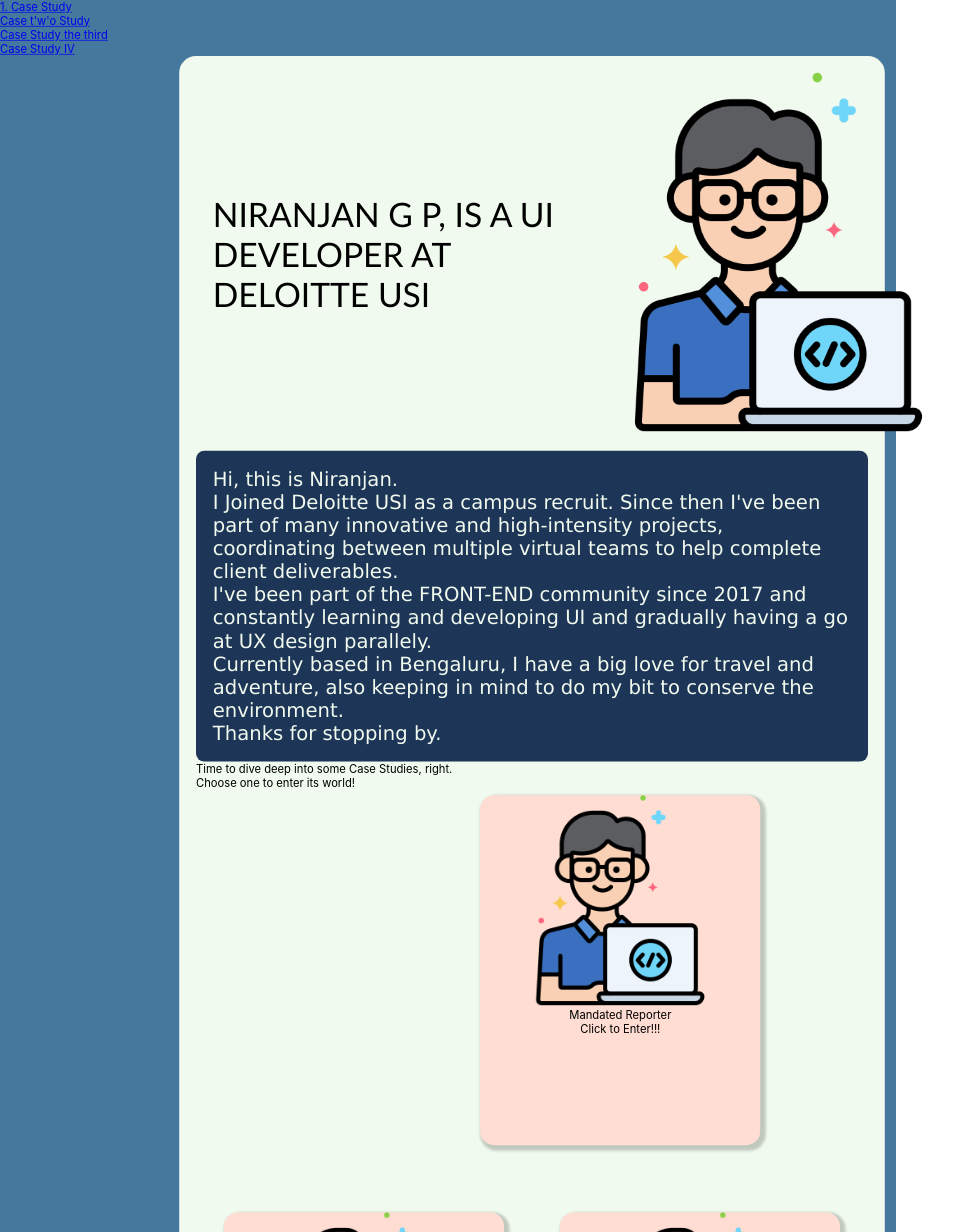
Repository: niranjangp/portfolioReact
Page: /
The author's editor kept a copy of each file at every save. The page is drawn from the files as they stood at one save, then again after the next save.
The browser window is 1280 px wide. The page is 1368 px wide, so the pictures cover 1368 px, including what lies to the right of the window. The pictures show the part of the page from y = 0 to 1760 px (the page is 3055 px tall before and 3183 px after), at 70% of full size.
The project was rebuilt for these pictures with package versions that can differ from the ones it lists, and the page was loaded fresh each time. Also part of the build but not shown: src/pages/csOne.jsx, src/pages/notFound.jsx.

Above is the page before, as saved 2022-01-31 23:20:23.

After the next save:
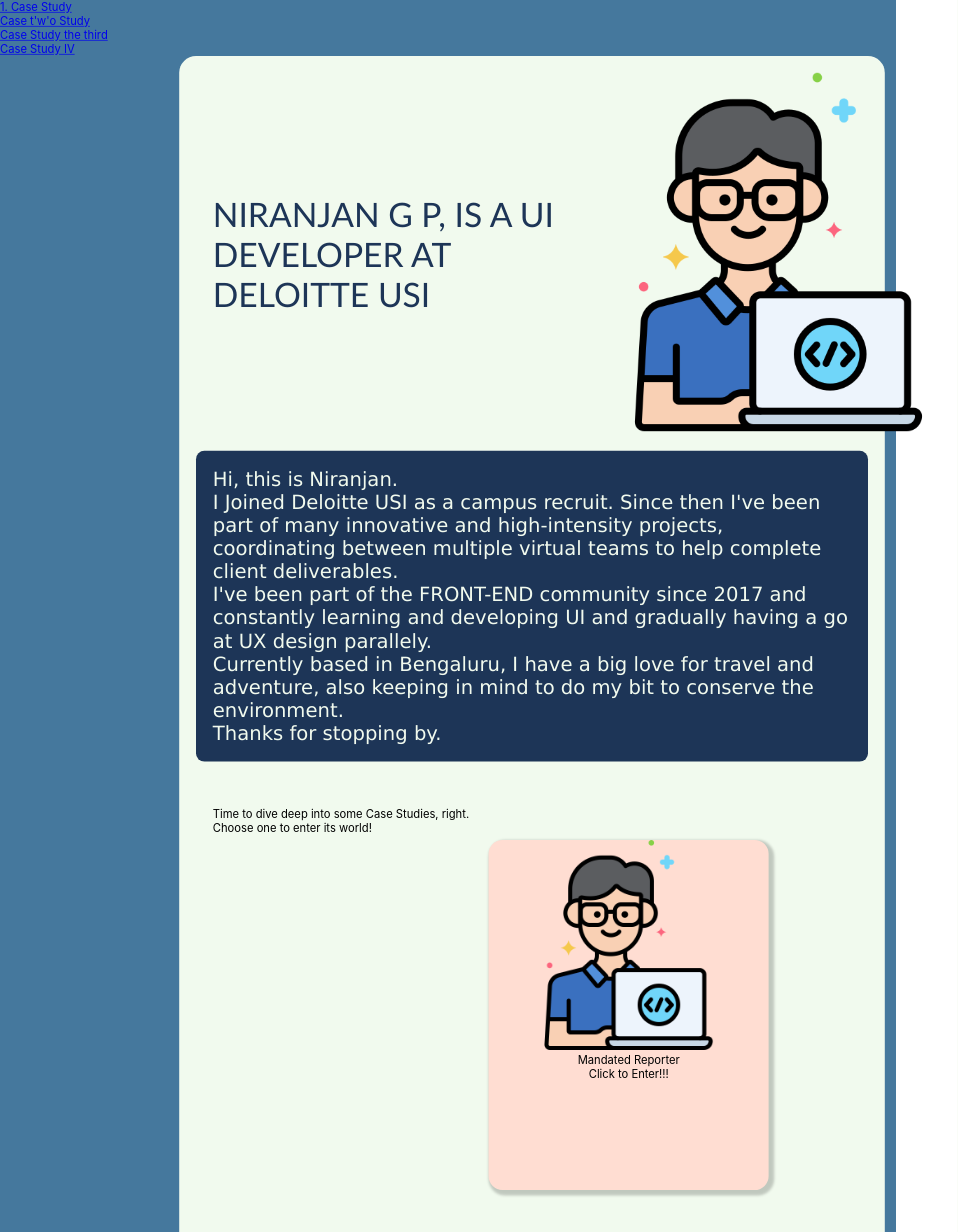
Saved 13 min 57 s later.
--- a/src/App.css
+++ b/src/App.css
@@ -15,6 +15,7 @@
   font-size: 3rem;
   font-family:'Gill Sans', 'Gill Sans MT', Calibri, 'Trebuchet MS', sans-serif;
   padding: 24px;
+  color: #1d3557;
 }
 
 .firstRow {
@@ -29,6 +30,10 @@
 
 .width-40 {
   width: 40%;
+}
+
+.fullWidth {
+  width: 100%;
 }
 
 .img-block {
@@ -60,6 +65,7 @@
 .third-row {
   display: flex;
   flex-wrap: wrap;
+  padding: 64px 24px;
 }
 
 .card-box {
@@ -74,14 +80,25 @@
   border-radius: 20px;
   box-shadow: 4px 4px 4px 4px rgba(0, 0, 0, 0.2);
   margin: 3rem auto;
+  flex-grow: 1;
+  flex-shrink: 1;
+  transition: width 1s;
 }
 
 .card:hover {
-  box-shadow: 4px 4px 4px 8px rgba(0, 0, 0, 0.2);
+  /*box-shadow: 4px 4px 4px 8px rgba(0, 0, 0, 0.2);*/
+  width: 410px;
+  height: 510px;
 }
 
 .card-icon {
   width: 300px;
+}
+
+.intro-cs {
+  text-align: center;
+  font-size: 40px;
+  color: #1d3557;
 }
 
 footer {
